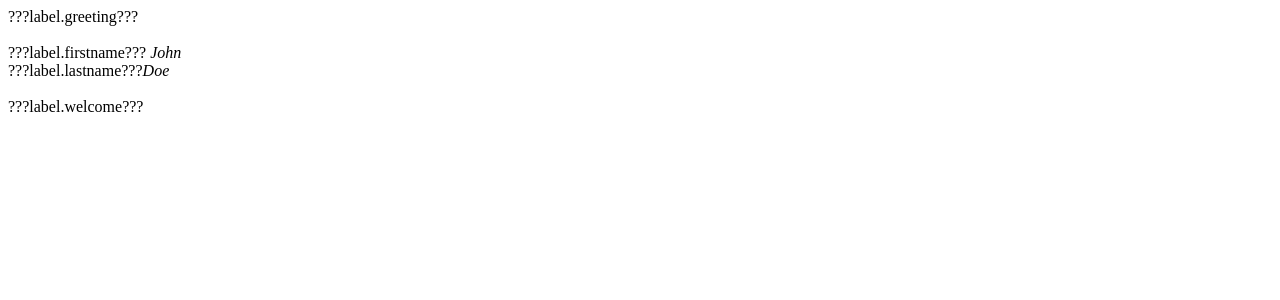
Repository: bpaudel2/jsp-and-servlets-demo
Page: http://localhost/tagDemo/i18n-messages-test.jsp
These files come from the project's save history. The page is drawn as it stood at one moment and after the next save; the edit follows.
The browser window is 1280 px wide. The pictures show the whole page.
The page is served by Tomcat 9.

Above is the page before, as saved 2019-05-27 17:27:02.

After the next save:
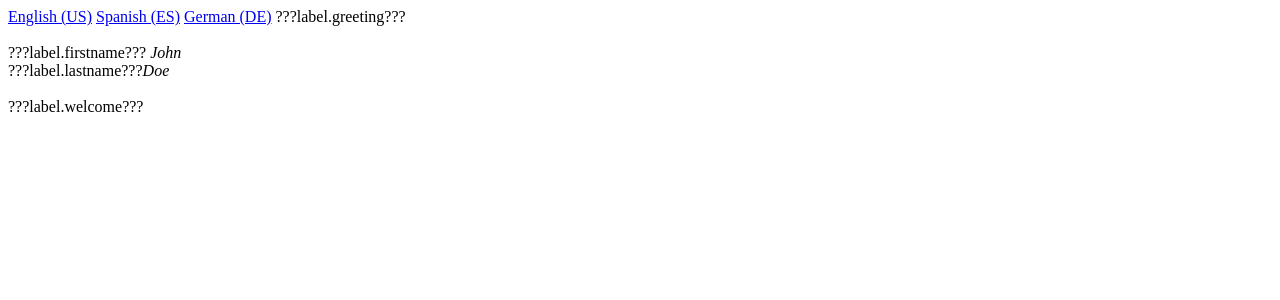
Saved 2 min 37 s later.
--- a/tagDemo/WebContent/i18n-messages-test.jsp
+++ b/tagDemo/WebContent/i18n-messages-test.jsp
@@ -3,6 +3,9 @@
 
 <html>
 <body>
+<a href="i18n-messages-test.jsp?theLocale=en_US">English (US)</a>
+<a href="i18n-messages-test.jsp?theLocale=es_ES">Spanish (ES)</a>
+<a href="i18n-messages-test.jsp?theLocale=de_DE">German (DE)</a>
 
 <fmt:message key="label.greeting" /><br/><br/>
 <fmt:message key="label.firstname" /> <i>John</i><br/>
